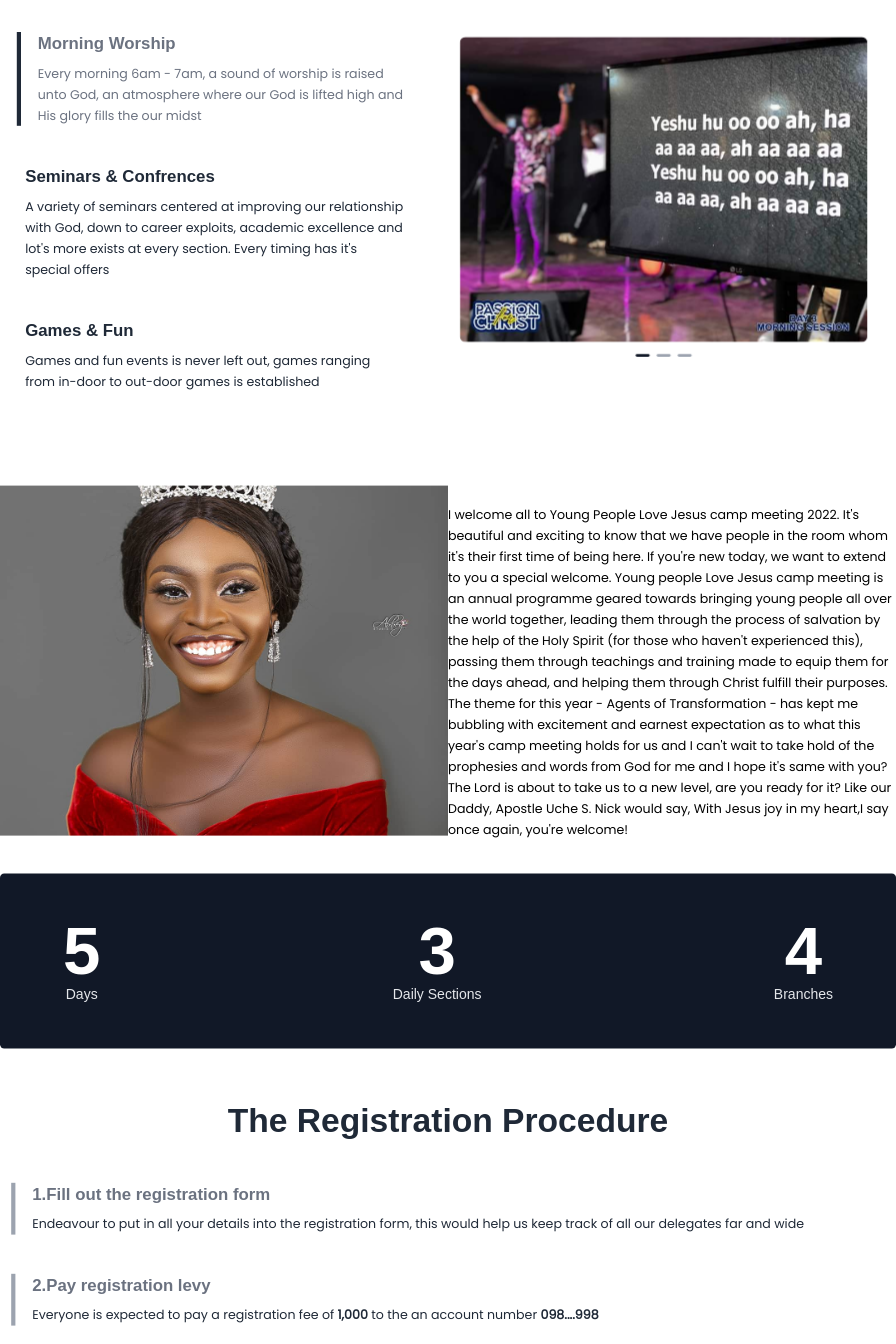
Repository: Ifenna-Pascal/user-camp-onboarding
Page: /
An editor plug-in stored every save of this project. The page is shown before and after the next save, followed by the edit.
The browser window is 1280 px wide. The pictures show the part of the page from y = 1454 to 3374 px (the page is 4240 px tall), at 70% of full size.
Some web fonts or font styles are not loaded; a fallback is used. The project was rebuilt for these pictures with package versions that can differ from the ones it lists, and the page was loaded fresh each time. The framework's server and built-in components were replaced by stand-ins that run in the browser. Also part of the build but not shown: next.config.js, styles/Home.module.css.

Above is the page before, as saved 2022-11-26 11:09:34.

### pages/_app.js
import Mainlayout from "../components/layout";
import "../styles/globals.css";
import "remixicon/fonts/remixicon.css";

function MyApp({ Component, pageProps }) {
  return (
    <Mainlayout>
      <Component {...pageProps} />
    </Mainlayout>
  );
}

export default MyApp;

### components/layout/index.jsx
import React from "react";
import Footer from "./Footer";
import Nav from "./Nav";

function Mainlayout({ children }) {
  return (
    <div className="relative">
      <Nav />
      <main>{children}</main>
      <Footer />
    </div>
  );
}

export default Mainlayout;

### styles/globals.css
@import url('https://fonts.googleapis.com/css2?family=Poppins&family=Sono:wght@400;500&display=swap');
@import url('https://fonts.googleapis.com/css2?family=Montserrat&family=Source+Sans+Pro&display=swap');

* {
  padding: 0;
  margin: 0;
  box-sizing: border-box;
  scroll-behavior: smooth;
}

html,
body {
  padding: 0;
  margin: 0;
  font-family: -apple-system, BlinkMacSystemFont, Segoe UI, Roboto, Oxygen,
    Ubuntu, Cantarell, Fira Sans, Droid Sans, Helvetica Neue, sans-serif;
}

a {
  color: inherit;
  text-decoration: none;
}

* {
  box-sizing: border-box;
}

@media (prefers-color-scheme: dark) {
  html {
    color-scheme: dark;
  }
  body {
    color: white;
    background: black;
  }
}

@tailwind base;
@tailwind components;
@tailwind utilities;

### components/layout/Footer.jsx
import React from "react";

function Footer() {
  return (
    <div className="bg-gray-900 w-full h-[70px]  flex items-center justify-center">
      <p className="text-center flex items-center text-white font-sono text-xl">
        {" "}
        <span className="text-4xl mr-2">&copy;</span> YPLJ Camp Meeting 2022{" "}
      </p>
    </div>
  );
}

export default Footer;

### components/layout/Nav.jsx
import Link from "next/link";
import { useRouter } from "next/router";
import React, { useState } from "react";
import Button from "../general/Button";
import NavLink from "../general/NavLink";

function Nav() {
  const [show, setShow] = useState(false);
  const router = useRouter();
  const toggle = () => {
    setShow(!show);
  };
  return (
    <div className="lg:sticky  top-0 w-full shadow-sm mb-4 z-50 px-6 lg:px-0 bg-white">
      <nav className="w-full lg:py-6 py-5 flex items-center  lg:max-w-[1450px] lg:mx-auto justify-between">
        <Link href="/">
          {" "}
          <h1 className="font-sono text-2xl lg:text-4xl ">YEMs</h1>
        </Link>
        <ul className="lg:flex items-center hidden justify-between">
          <NavLink href="/#home" name="About Us" />
          <NavLink href="/#process" name="Process" />
          <NavLink href="/#reviews" name="Reviews" />
          <Link href="/register">
            <Button text="Register" />
          </Link>
        </ul>
        <button
          className='block md:hidden className="w-full px-2 py-1 rounded-lg text-AP-grey-200 hover:text-AP-blue-200 border-AP-grey-200 hover:border-AP-blue-400'
          onClick={toggle}
        >
          <i
            className={`${
              !show ? "ri-menu-3-fill duration-500" : "ri-close-line"
            } text-2xl text-gray-800`}
          />
        </button>
      </nav>
      <div
        className={`flex lg:hidden ${
          show
            ? "flex duration-500  flex-col items-center space-y-8 pt-2 "
            : "hidden"
        }`}
      >
        <NavLink href="/#home" name="About Us" />
        <NavLink href="/#process" name="Process" />
        <NavLink href="/#reviews" name="Reviews" />
        {router.pathname !== "/register" && (
          <Link href="/register">
            <Button text="Register" onClick={() => setShow(false)} />
          </Link>
        )}
      </div>
    </div>
  );
}

export default Nav;

### components/sections/Hero.jsx
import Link from "next/link";
import React from "react";
import Button from "../general/Button";
import HeroRight from "../general/HeroRight";

function Hero() {
  return (
    <div
      id="home"
      className="lg:h-[90vh] min-h-screen  grid grid-cols-1 lg:grid-cols-2"
    >
      <div className="w-full flex py-6 lg:py-0  lg:-mt-8 lg:items-start items-center flex-col justify-center h-full">
        <h1 className="text-3xl lg:text-6xl text-gray-800 text-center lg:text-left leading-[50px] lg:leading-[75px] font-semibold font-sono">
          Raising Agents Of Transformation
        </h1>

        <p className="text-lg lg:max-w-[600px] text-gray-700 py-2 text-center lg:text-left leading-[35px] lg:leading-[30px] font-poppins px-4 lg:px-0 lg:pr-[50px]">
          In the last days, says the Lord, I will pour out my spirit upon all
          flesh, and your <b>sons and daughters</b> shall prophesy, your old men
          shall dream dreams, shall see visions. <strong>Joel 2:28</strong>
        </p>
        <div className="mt-4">
          <Link href={"/register"}>
            {" "}
            <Button text={"Join Us"} />
          </Link>
        </div>
      </div>
      <div className="lg:p-4 w-[97%]   h-full mx-auto lg:w-full">
        {" "}
        <HeroRight />{" "}
      </div>
    </div>
  );
}

export default Hero;

### components/sections/Numerics.jsx
import React from "react";
import CountUp from "react-countup";
function Numerics() {
  return (
    <div className="bg-gray-900 rounded-md px-3 lg:px-0 flex lg:flex-row flex-col justify-center my-12 min-h-[600px] lg:min-h-[250px] w-full">
      <div className="lg:max-w-[1100px] flex lg:flex-row flex-col lg:items-center w-full justify-between mx-auto">
        <Numeric figure={5} text="Days" />
        <Numeric figure={3} text="Daily Sections" />
        <Numeric figure={4} text="Branches" />
      </div>
    </div>
  );
}

export default Numerics;

const Numeric = ({ figure, text }) => (
  <div className="flex flex-col cursor-pointer mb-12 lg:mb-0 items-center">
    <h1 className="text-white hover:scale-[1.3] hover:mb-2 duration-500 font-sono font-semibold text-8xl">
      <CountUp
        end={figure}
        duration={2.75}
        useEasing
        enableScrollSpy
        scrollSpyDelay={1}
      />
    </h1>
    <p className="text-center font-sono text-xl text-gray-200">{text}</p>
  </div>
);

### components/sections/Reviews.jsx
import React from "react";
import Header from "../general/Header";
import ReviewCarousel from "../general/ReviewCarousel";

function Reviews() {
  return (
    <div className="mb-24" id="reviews">
      <Header
        header={"What The People Say..."}
        // content="Lorem ipsum dolor sit amet consectetur adipisicing elit. Culpa saepe iusto nisi! Nostrum tempore consequatur rerum! Cumque sequi tenetur ea! Impedit delectus facere est cupiditate, voluptatibus adipisci ipsum consectetur beatae."
      />
      <ReviewCarousel />
    </div>
  );
}

export default Reviews;

### components/sections/Speech.jsx
/* eslint-disable @next/next/no-img-element */
import React from "react";

function Speech() {
  return (
    <div className="grid grid-cols-1 lg:grid-cols-2 pt-12 items-center justify-center ">
      <div className="w-full -mt-8  h-[500px]">
        <img
          src="/assets/miss.jpg"
          alt="campFlyer"
          className="w-full h-full object-center object-cover"
        />
      </div>
      <div>
        <p className="text-left block text-lg font-poppins  leading-[30px] ">
          {`  I welcome all to Young People Love Jesus camp meeting 2022. It's
                beautiful and exciting to know that we have people in the room whom
                it's their first time of being here. If you're new today, we want to
                extend to you a special welcome. Young people Love Jesus camp meeting
                is an annual programme geared towards bringing young people all over
                the world together, leading them through the process of salvation by
                the help of the Holy Spirit (for those who haven't experienced this),
                passing them through teachings and training made to equip them for the
                days ahead, and helping them through Christ fulfill their purposes.
                The theme for this year - Agents of Transformation - has kept me
                bubbling with excitement and earnest expectation as to what this
                year's camp meeting holds for us and I can't wait to take hold of the
                prophesies and words from God for me and I hope it's same with you?
                The Lord is about to take us to a new level, are you ready for it?
                Like our Daddy, Apostle Uche S. Nick would say, With Jesus joy in my
                heart,I say once again, you're welcome!`}
        </p>
      </div>
    </div>
  );
}

export default Speech;

### components/sections/Steps.jsx
import React from "react";
import Header from "../general/Header";

const Payment = () => (
  <p>
    Everyone is expected to pay a registration fee of <strong>1,000</strong> to
    the an account number <strong>098....998</strong>
  </p>
);

function Steps() {
  return (
    <div className="flex items-start my-6 mx-4 flex-col">
      <Header header="The Registration Procedure " />
      <StepProcess
        header="1.Fill out the registration form"
        content="Endeavour to put in all your details into the registration form, this would help us keep track of all our delegates far and wide"
      />
      <StepProcess header="2.Pay registration levy" content=<Payment /> />
      <StepProcess
        header="3.Send out proof of payment"
        content={`Send proof of payment to the specified whatsApp contact `}
      />{" "}
    </div>
  );
}

export default Steps;

const StepProcess = ({ header, content }) => {
  return (
    <div
      className={`
        border-l-[6px] block pl-6
      mb-14 duration-500 border-gray-400 lg:pr-16`}
    >
      <h1
        className={`font-sono mb-3
          text-gray-500
        text-2xl block font-semibold`}
      >
        {header}
      </h1>
      <p
        className={`block text-lg font-poppins  leading-[30px]
           text-gray-800
        `}
      >
        {content}
      </p>
    </div>
  );
};

### components/general/Button.jsx
import React from "react";

function Button({ text, ...rest }) {
  return (
    <button
      className="bg-gray-800 px-12 py-3 hover:bg-white hover:text-black hover:border hover:border-black duration-500 hover:ease-in-out text-white font-sono text-xl"
      {...rest}
    >
      {text}
    </button>
  );
}

export default Button;

### components/general/NavLink.jsx
import Link from "next/link";
import React from "react";

function NavLink({ href, name }) {
  return (
    <Link href={href}>
      <span className="text-black px-4 text-xl font-sono mr-6 font-500">
        {name}
      </span>
    </Link>
  );
}

export default NavLink;

### components/general/HeroRight.jsx
/* eslint-disable @next/next/no-img-element */
import React from "react";

function HeroRight() {
  return (
    <div className="grid grid-cols-3 lg:px-8   mt-8 lg:my-0 pr-0  max-h-[700px] w-full gap-2 grid-rows-6">
      <div class="w-full row-start-1 row-span-3">
        <img
          src="/assets/camping20.jpg"
          alt="Photo by Claudio Schwarz on Unsplash"
          class="inset-0 h-full w-full object-cover object-center  rounded-lg  "
        />
      </div>
      <div class="w-full row-start-4  col-span-1 col-start-1 row-end-6">
        <img
          src="/assets/camp5.jpg"
          alt="Photo by Claudio Schwarz on Unsplash"
          class="inset-0 h-full w-full object-cover object-center  rounded-lg  "
        />
      </div>
      {/* <div className="grid  gap-y-4 h-full w-full h-full row-span-5  col-span-1"> */}
      <div className="row-start-1  w-full row-span-1 col-start-2 col-span-1">
        {/* <ImageBox color="bg-red-400" /> */}
        <img
          src="/assets/camp6.jpg"
          alt="Photo by Claudio Schwarz on Unsplash"
          class="inset-0 h-full w-full object-cover object-center  rounded-lg  "
        />
      </div>
      <div className="row-start-2 row-span-3  w-full col-start-2 col-span-1">
        <img
          src="/assets/camp13.jpg"
          alt="Photo by Claudio Schwarz on Unsplash"
          class="inset-0 h-full w-full object-cover object-center  rounded-lg  "
        />
      </div>
      <div className="row-start-5  w-full  row-span-1 col-start-2 col-span-1">
        <img
          src="/assets/camp3.jpg"
          alt="Photo by Claudio Schwarz on Unsplash"
          class="inset-0 h-full w-full object-cover object-center  rounded-lg  "
        />
      </div>
      <div className="col-start-3  row-span-2">
        <img
          src={"/assets/camp11.jpg"}
          alt="Photo by Claudio Schwarz on Unsplash"
          class="inset-0 h-full w-full object-cover object-center bg-center  rounded-lg  "
        />
      </div>
      <div className="col-start-3  row-start-3 row-span-3">
        <img
          src={"/assets/camp10.jpg"}
          alt="Photo by Claudio Schwarz on Unsplash"
          class="inset-0 h-full w-full object-cover object-center bg-center  rounded-lg  "
        />
      </div>
    </div>
  );
}

export default HeroRight;

const ImageBox = ({ color }) => {
  return (
    <div className={`w-full h-full bg-red  rounded-lg-lg ${color}`}>
      <img
        src="https://images.unsplash.com/photo-1539183204366-63a0589187ab?ixlib=rb-4.0.3&ixid=MnwxMjA3fDB8MHxzZWFyY2h8MTh8fGNhbXBpbmd8ZW58MHx8MHx8&auto=format&fit=crop&w=600&q=60"
        alt="image"
        className=" rounded-lg-lg"
      />
    </div>
  );
};

### components/general/Carousel.jsx
/* eslint-disable jsx-a11y/alt-text */
/* eslint-disable @next/next/no-img-element */
import Slider from "react-slick";
import "slick-carousel/slick/slick.css";
import "slick-carousel/slick/slick-theme.css";
import useSetting from "../hooks/useSetting";

const Carousel = ({ setCurrent, current }) => {
  const { settings } = useSetting(current, setCurrent);
  const images = ["/assets/camp7.jpg", "/assets/camp4.jpg", "/assets/camp.jpg"];
  return (
    <div>
      <Slider {...settings}>
        {images.map((image, i) => (
          <div key={i} className={` h-full w-full`}>
            <img
              src={image}
              className={`object-cover  object-center rounded-lg w-full  h-[50%] `}
            />
          </div>
        ))}
      </Slider>
    </div>
  );
};

export default Carousel;

### components/general/Header.jsx
import React from "react";

function Header({ header, content }) {
  return (
    <div className="flex flex-col px-2 lg:px-0 lg:max-w-[1000px] mx-auto items-center justify-center py-6 lg:py-8">
      <h1 className="text-gray-800 text-center lg:text-left text-2xl lg:text-5xl font-semibold font-sono block ">
        {header}
      </h1>
      <p className="block text-base  lg:text-lg text-center font-poppins text-gray-800 leading-[30px] py-2 lg:py-4">
        {content}
      </p>
    </div>
  );
}

export default Header;

### components/general/ReviewCarousel.jsx
/* eslint-disable jsx-a11y/alt-text */
/* eslint-disable @next/next/no-img-element */
import Slider from "react-slick";
import "slick-carousel/slick/slick.css";
import "slick-carousel/slick/slick-theme.css";
import { useState } from "react";
// import useDeviceSize from "../hooks/mediaHook";
import ReviewCard from "./ReviewCard";

const ReviewCarousel = () => {
  //   const [width] = useDeviceSize();
  const [current, setCurrent] = useState(false);
  const settings = {
    className: "center",
    autoplay: true,
    infinite: true,
    slidesToShow: 2,
    arrows: false,
    slideToScrool: 2,
    lazyLoad: true,
    focusOnSelect: true,
    draggable: true,
    dots: true,
    autoplaySpeed: 5000,
    speed: 2000,
    afterChange: (current) => setCurrent(current),
    customPaging: (i) => (
      <div
        className={`w-[25px]  mt-8 h-[4px] rounded-[10px] ${
          current === i ? "bg-black" : "bg-gray-300"
        }`}
      ></div>
    ),
    responsive: [
      {
        breakpoint: 450,
        settings: {
          autoplay: true,
          centerMode: false,
          //   vertical: true,
          infinite: true,
          //   centerPadding: "60px",
          slidesToShow: 1,
          slideToScroll: 1,
          arrows: false,
          draggable: true,
          dots: true,
          autoplaySped: 1000,
          speed: 500,
          beforeChange: (current) => setCurrent(current),
          customPaging: (i) => (
            <div
              className={`w-[20px]  mt-4 h-[4px] rounded-[10px] ${
                current === i ? "bg-gray-900" : "bg-gray-400"
              }`}
            ></div>
          ),
        },
      },
    ],
  };

  return (
    <div className="max-w-[1100px] mx-auto">
      <Slider {...settings}>
        <ReviewCard
          name="PSt Godswill"
          role="Enugu Branch"
          src={
            "https://images.unsplash.com/photo-1506794778202-cad84cf45f1d?ixlib=rb-4.0.3&ixid=MnwxMjA3fDB8MHxzZWFyY2h8M3x8bWVufGVufDB8fDB8fA%3D%3D&auto=format&fit=crop&w=600&q=60"
          }
        />
        <ReviewCard
          name={"Chidera Ede"}
          role="Lagos Branch"
          src="https://images.unsplash.com/photo-1595152452543-e5fc28ebc2b8?ixlib=rb-4.0.3&ixid=MnwxMjA3fDB8MHxzZWFyY2h8Mnx8bWVuJTIwcG9ydHJhaXR8ZW58MHx8MHx8&auto=format&fit=crop&w=600&q=60"
        />
        <ReviewCard
          name="PSt Godswill"
          role="Enugu Branch"
          src="https://images.unsplash.com/photo-1560250097-0b93528c311a?ixlib=rb-4.0.3&ixid=MnwxMjA3fDB8MHxwaG90by1wYWdlfHx8fGVufDB8fHx8&auto=format&fit=crop&w=387&q=80"
        />
        <ReviewCard
          name={"Chidera Ede"}
          role="Lagos Branch"
          src={
            "https://images.unsplash.com/photo-1624395213043-fa2e123b2656?ixlib=rb-4.0.3&ixid=MnwxMjA3fDB8MHxzZWFyY2h8OXx8bWVuJTIwcG9ydHJhaXR8ZW58MHx8MHx8&auto=format&fit=crop&w=600&q=60"
          }
        />
      </Slider>
    </div>
  );
};

export default ReviewCarousel;

### components/hooks/useSetting.jsx
import React from "react";

function useSetting(current, setCurrent) {
  const settings = {
    className: "center",
    autoplay: true,
    // centerMode: true,
    infinite: true,
    // centerPadding: "60px",
    slidesToShow: 1,
    arrows: false,
    slideToScrool: 1,
    lazyLoad: true,
    vertical: true,
    focusOnSelect: true,
    draggable: true,
    dots: true,
    autoplaySpeed: 5000,
    speed: 2000,
    beforeChange: (current) => setCurrent(current),
    customPaging: (i) => (
      <div
        className={`w-[20px]  mt-4 h-[4px] rounded-[10px] ${
          current === i ? "bg-gray-900" : "bg-gray-400"
        }`}
      ></div>
    ),
    responsive: [
      {
        breakpoint: 450,
        settings: {
          autoplay: true,
          centerMode: false,
          vertical: true,
          infinite: true,
          slidesToShow: 1,
          slideToScroll: 1,
          arrows: false,
          draggable: true,
          dots: true,
          autoplaySpeed: 5000,
          speed: 2000,
          beforeChange: (current) => setCurrent(current),
          customPaging: (i) => (
            <div
              className={`w-[20px]  mt-4 h-[4px] rounded-[10px] ${
                current === i ? "bg-gray-900" : "bg-gray-400"
              }`}
            ></div>
          ),
        },
      },
    ],
  };
  return { settings };
}

export default useSetting;

### components/general/ReviewCard.jsx
/* eslint-disable jsx-a11y/alt-text */
/* eslint-disable @next/next/no-img-element */
import React from "react";

function ReviewCard({ name, role, src }) {
  return (
    <div className="min-w-[300px] relative  mx-4 min-h-[300px] flex shadow-md">
      <div className="flex absolute top-2 left-2 py-2">
        <i className="ri-single-quotes-r text-5xl text-gray-300 font-semibold"></i>
        <i className="ri-single-quotes-r text-5xl -ml-5  text-gray-300 font-semibold"></i>
      </div>
      <div className="flex flex-col relative pt-16 pb-6 px-5">
        <p className="py-4 font-poppins text-basev text-gray-600">
          Lorem ipsum dolor sit amet, consectetur adipisicing elit. Rem
          laudantium perferendis voluptas ipsa ea corrupti iure nulla repellat
          soluta praesentium quae pariatur quaerat a eligendi, illo dicta!
          Veniam quas iusto ex laudantium error aut, quisquam beatae, doloribus,
          ipsa odit ducimus.
        </p>
        <div className="flex flex-col w-full">
          <div className="w-[60px] mt-3 h-[60px]">
            <img
              className="w-full rounded-[50%] object-center object-cover bg-center bg-cover h-full"
              src={src}
            />
          </div>
          <h1 className="font-sono pt-2 text-lg font-semibold">{name}</h1>
          <p className="text-base font-sono text-gray-600">{role}</p>
        </div>
      </div>
    </div>
  );
}

export default ReviewCard;

Loaded but not shown: pages/index.js (28 lines, source omitted); tailwind.config.js (18 lines, source omitted); components/sections/HowItWorks.jsx (123 lines, source omitted); components/sections/CountDown.jsx (94 lines, source omitted)

After the next save:
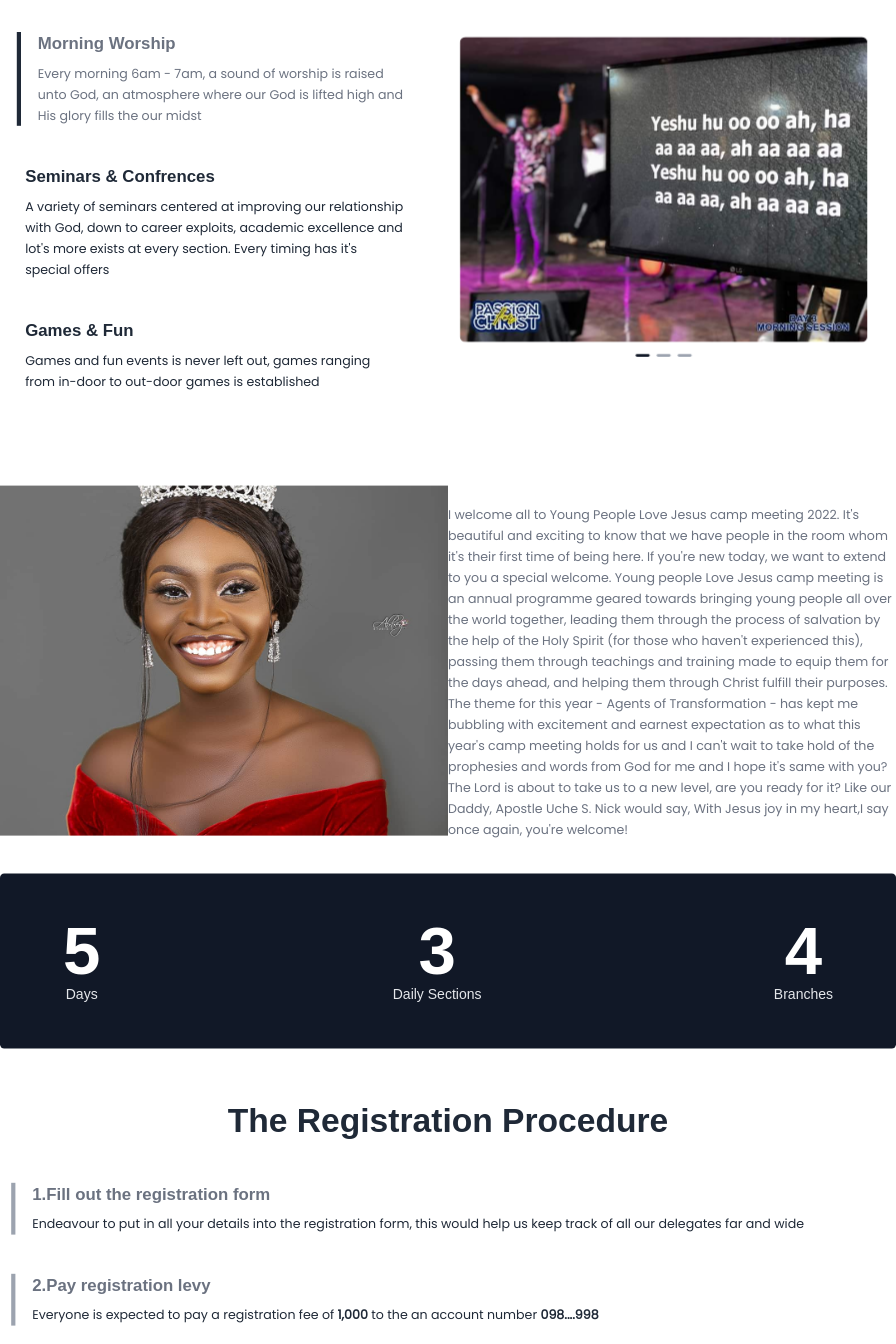
Saved 7 s later.
--- a/components/sections/Speech.jsx
+++ b/components/sections/Speech.jsx
@@ -12,7 +12,7 @@ function Speech() {
         />
       </div>
       <div>
-        <p className="text-left block text-lg font-poppins  leading-[30px] ">
+        <p className="text-left block text-lg font-poppins  leading-[30px] text-gray-500">
           {`  I welcome all to Young People Love Jesus camp meeting 2022. It's
                 beautiful and exciting to know that we have people in the room whom
                 it's their first time of being here. If you're new today, we want to
